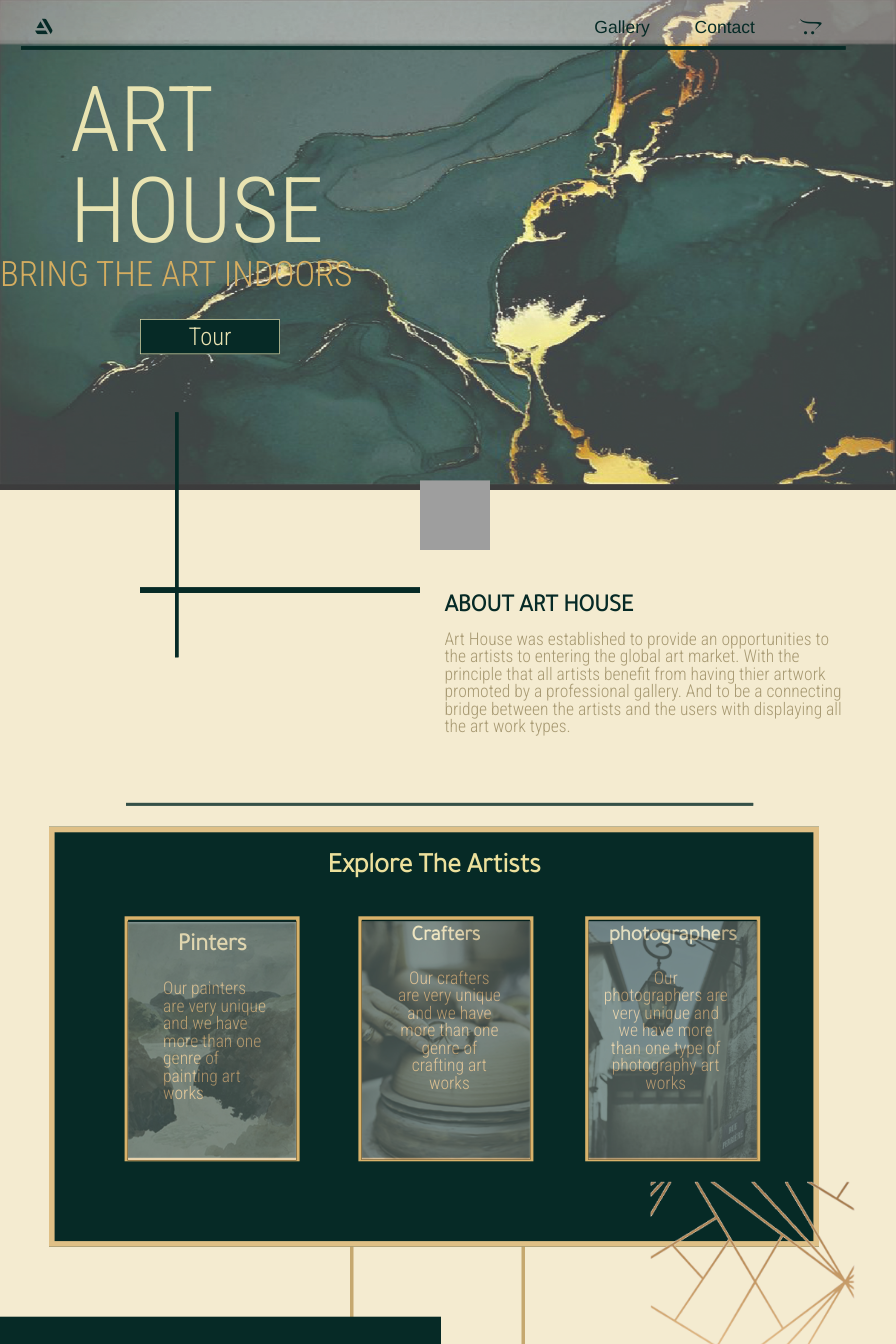
Repository: merge-confilicts/art-house
Page: index.html
An editor plug-in stored every save of this project. The page is shown before and after the next save, followed by the edit.
The browser window is 1280 px wide. The pictures show the part of the page from y = 0 to 1920 px (the page is 3424 px tall), at 70% of full size.
Pictures or frames that could not be fetched are drawn as grey boxes.

Above is the page before, as saved 2021-05-25 22:46:41.

### index.html
<!DOCTYPE html>
<html lang="en">

<head>
    <meta charset="UTF-8">
    <meta http-equiv="X-UA-Compatible" content="IE=edge">
    <meta name="viewport" content="width=device-width, initial-scale=1.0">
    <title>Art house</title>
    <l<link rel="preconnect" href="https://fonts.gstatic.com">
        <link
            href="https://fonts.googleapis.com/css2?family=Noto+Sans+JP:wght@300&family=Roboto+Condensed:wght@300&family=Tajawal:wght@300&display=swap"
            rel="stylesheet">
        <link rel="stylesheet" href="css/reset.css">
        <link rel="stylesheet" href="css/style.css">
        <link rel="stylesheet" href="https://use.fontawesome.com/releases/v5.15.3/css/all.css"
            integrity="sha384-SZXxX4whJ79/gErwcOYf+zWLeJdY/qpuqC4cAa9rOGUstPomtqpuNWT9wdPEn2fk" crossorigin="anonymous">

</head>

<body>
    <div id="tour">
        <h4>Art iteams</h4>
        <div class="mySlide">
            <span class="slideCounter">1 / 3</span>
            <img src="https://shremal.com/wp-content/uploads/2017/03/placeholder-light-1.gif" alt="tour"
                class="SlideImages" />
            <p class="SlideImagetitle">Description for the images in the tour </p>
        </div>
        <div class="mySlide">
            <span class="slideCounter">2 / 3</span>
            <img src="https://shremal.com/wp-content/uploads/2017/03/placeholder-light-1.gif" alt="tour"
                class="SlideImages" />
            <p class="SlideImagetitle">Description for the images in the tour </p>
        </div>
        <div class="mySlide">
            <span class="slideCounter">3 / 3</span>
            <img src="https://shremal.com/wp-content/uploads/2017/03/placeholder-light-1.gif" alt="tour"
                class="SlideImages" />
            <p class="SlideImagetitle">Description for the images in the tour </p>
        </div>
        <a class="prev" onclick="plusSlides(-1)">&#10094;</a>
        <a class="next" onclick="plusSlides(1)">&#10095;</a>
        <button type="button" id="xButton">X</button>
    </div>
    <header>
        <nav>
            <ul>
                <li><a href="index.html"><i class="fab fa-artstation"></i></a></li>
                <li><a href="html/gallery.html">Gallery</a></li>
                <li><a href="html/contact-us.html">Contact</a></li>
                <li><a href="html/shopping-page.html"><i class="fab fa-opencart"></i></a></li>
            </ul>
        </nav>
        <span></span>
        <h1>ART <br /> HOUSE</h1>
        <p>BRING THE ART INDOORS </p>
        <button type="button" id="button">Tour</button>
        <img src="Images/mainPage/main.jpg" alt="mainPage">
    </header>
    <main>
        <section>
            <img src="https://static.thenounproject.com/png/486805-200.png" alt="scroll">
            <span></span>
            <span></span>
            <h3>ABOUT ART HOUSE</h3>
            <p>Art House was established to provide an opportunities to the artists to entering the global art market.
                With the principle that all artists benefit from having thier artwork promoted by a professional
                gallery.
                And to be a connecting bridge between the artists and the users with displaying all the art work types.
            </p>
            <span></span>
        </section>
        <section>
            <h3>Explore The Artists</h3>
            <article>
                <h5>Pinters</h5>
                <p>Our painters are very unique and we have more than one genre of painting art works</p>
                <img src="/Images/mainPage/2.jpg" alt="painters">
            </article>
            <article>
                <h5>Crafters</h5>
                <p>Our crafters are very unique and we have more than one genre of crafting art works</p>
                <img src="/Images/mainPage/3.jpg" alt="crafters">
            </article>
            <article>
                <h5>photographers</h5>
                <p>Our photographers are very unique and we have more than one type of photography art works</p>
                <img src="Images/mainPage/4.jpg" alt="crafters">
            </article>
        </section>
        <section>
            <article>

                <div>

                </div>
                <p> <span id="artists">A pharagraph for the new artists</span> <br /> who are intresting in launching
                    thier
                    work in the <br /> <span id="website">website</span> </p>
                <a href="/html/contact-us.html" target="_top">Join Us</a>
            </article>
            <article>
                <!-- <img src="https://shremal.com/wp-content/uploads/2017/03/placeholder-light-1.gif" alt="2nplaceholder"> -->
            </article>
        </section>
        <img src="/Images/mainPage/output-onlinepngtools (1).png" alt="rightImg" id="right">
        <img src="Images/mainPage/output-onlinepngtools (2).png" alt="lrftImg" id="left">
    </main>
    <footer>
        <p><i class="far fa-copyright"></i> Art-House 2021</p>
        <span></span>
        <a href="#"> <i class="fab fa-facebook"></i></a>
        <a href="#"> <i class="fab fa-instagram"></i></i></a>
        <a href="#"> <i class="fab fa-twitter"></i></i></a>
        <a href="#"><i class="fab fa-pinterest"></i></i></a>
    </footer>
    <script src="/js/app.js"></script>
</body>

</html>

### css/style.css

*{
    box-sizing: border-box;
}
body{
    background-color: #f4ebd0;

}


#tour{
    margin-left: 200px;
    width: 70%;
    background-color: darkgray;
    position: absolute;
    height: 550px;
    z-index: 1;
    display: none;
    transition: 1s;
}
#tour h4{
    padding-top: 20px;
    padding-left: 20px;
    padding-bottom: 20px;
    font-size: 30px;
    font-family: cursive;
}
#tour img{
    width: 700px;
    margin-left: 110px;
    padding-bottom: 20px;
}
#tour p {
    padding-bottom: 30px;
    margin-left: 110px;
    font-family: cursive;
    font-size: 20px;
}
#tour button{
    top: -25px;
    right: 60px;
    position: absolute;
    width: 30px;
    height: 30px;
    font-size: 25px;
}
.mySlide{
    display: none;
}
.slideCounter{
    left: 20px;
    position: absolute;
    font-size: 20px;
    font-family:cursive;
}
.prev{
    top: 250px;
    left: 50px;
    position: absolute;
    font-size: 30px;
}
.next{
    top: 250px;
    left: 860px;
    position: absolute;
    font-size: 30px;
}
ul li {
    display: inline-block;
    margin-left: 0px;
    padding-top: 25px;
    left: 710px;
    position: relative;
    margin-right: 60px;
}
ul li:first-child{
    margin-left: 50px;
    padding-left: 0px;
    left: 0px;
    font-size: 25px;
    position: relative;
}

nav ul li a {
    font-size: 25px;
    text-decoration: none;
    color: #062a26;
    font-family:'Franklin Gothic Medium', 'Arial Narrow', Arial, sans-serif;
}
header span{
    display: block;
    top: 15px;
    left: 30px;
    position: relative;
    background-color: #062a26;
    width: 92%;
    height: 5px;
    border: #062a26 solid 2px;
}
header img {
    top: 0px;
    left: 0px;
    position: absolute;
    z-index: -1;
    width: 100%;
    height: 700px;
}
h1{
    margin-top:50px;
    margin-left: 100px;
    font-size: 130px;
    font-family: 'Noto Sans JP', sans-serif;
    font-family: 'Roboto Condensed', sans-serif;
    color: #e8e3b1;
}
header p {
    left: 0px;
    position: relative;
    font-size: 50px;
    font-family: 'Noto Sans JP', sans-serif;
    font-family: 'Roboto Condensed', sans-serif;
    color: #d5ad60;
}
 button{
    margin-top: 40px;
    margin-left: 200px;
    width: 200px;
    height: 50px;
    font-size: 35px;
    color: white;
    background-color: #062a26;
    border: none;
    font-family: 'Noto Sans JP', sans-serif;
    font-family: 'Roboto Condensed', sans-serif;
    color: #e8e3b1;
    border: 1px solid #e8e3b1 ;



}

main section:first-child img{
    margin-top: 180px;
    margin-left: 600px;
    width: 100px;
    height: 100px;
    border: none;
}
main section:first-child span:first-of-type{
    display: block;
    top: -200px;
    left: 250px;
    position: relative;
    background-color: #062a26;
    width: 5px;
    height: 350px;
    border: #062a26 solid 2px;

}
main section:first-child :nth-child(3){
    display: block;
    top: -300px;
    left: 200px;
    position: relative;
    background-color: #062a26;
    width: 400px;
    height: 8px;
    border: #062a26 solid 2px;
}

main section:first-child h3 {
    top: 850px;
    left: 635px;
    position:absolute;
    font-size: 35px;
    font-family: 'Noto Sans JP', sans-serif;
    font-family: 'Roboto Condensed', sans-serif;
    font-family: 'Tajawal', sans-serif;
    font-weight: 700;
    color:#062a26;

}
main section:first-child p{
    top: 900px;
    left: 635px;
    position:absolute;
    font-size: 25px;
    font-family: 'Noto Sans JP', sans-serif;
    font-family: 'Roboto Condensed', sans-serif;
    width: 580px;
    color: #a89a73;
    font-weight: 500;
}
main section:first-child span:last-of-type{
    display: block;
    top: 0px;
    left: 180px;
    position: relative;
    background-color: #062a26;
    width: 70%;
    height: 2px;
    border: #062a26 solid 2px;
    opacity: .8;
}
main section:nth-child(2){
    display: block;
    background-color: #062a26;
    width: 1100px;
    height: 600px;
    margin-left: 70px;
    margin-top: 30px;
    border: 8px solid #dfc086;

}
main section:nth-child(2) h3 {
    text-align: center;
    padding-top: 30px;
    font-size: 40px;
    font-family: 'Noto Sans JP', sans-serif;
    font-family: 'Roboto Condensed', sans-serif;
    font-family: 'Tajawal', sans-serif;
    font-weight: 700;
    color: #ece09c;

}
main section:nth-child(2) article {
    margin-top: 50px;
    margin-left: 100px;
    display: inline-block;
    border: 5px solid #d8b26a;
}
main section:nth-child(2) article:first-of-type {
    width: 250px;
    height: 350px;

}
main section:nth-child(2) article:first-of-type h5 {
   font-size: 35px;
   text-align: center;
   padding-top: 20px;
   padding-bottom: 30px;
   font-family: 'Noto Sans JP', sans-serif;
   font-family: 'Roboto Condensed', sans-serif;
   font-family: 'Tajawal', sans-serif;
   font-weight: 700;
   color: #ece09c;
   opacity: 1;
}
main section:nth-child(2) article:first-of-type p {
    font-size: 25px;
    font-family: 'Noto Sans JP', sans-serif;
    font-family: 'Roboto Condensed', sans-serif;
    color:#d5ad60 ;
    padding-left:50px ;
    width: 200px;
    opacity: 1;
 }
 main section:nth-child(2) article:first-of-type img{
     width: 242px;
     height: 342px;
     top: -458px;
     right: 1px;
     position: relative;
     opacity: .5;
 }
main section:nth-child(2) article:nth-child(3) {
    width: 250px;
    height: 350px;
    top: -15px;
    right:20px;
    position: relative;
}
main section:nth-child(2) article:nth-child(3) h5 {
    font-size: 30px;
    text-align: center;
    padding-top: 10px;
    padding-bottom: 30px;
    font-family: 'Noto Sans JP', sans-serif;
    font-family: 'Roboto Condensed', sans-serif;
    font-family: 'Tajawal', sans-serif;
    font-weight: 700;
    color: #ece09c;
    opacity: 1;
 }
 main section:nth-child(2) article:nth-child(3) p {
     font-size: 25px;
     text-align: center;
     font-family: 'Noto Sans JP', sans-serif;
     font-family: 'Roboto Condensed', sans-serif;
     color:#d5ad60 ;
     padding-left:50px ;
     width: 200px;
     opacity: 1;

  }
  main section:nth-child(2) article:nth-child(3) img{
    width: 242px;
    height: 342px;
    top: -444px;
    right: 1px;
    position: relative;
    opacity: .5;
  }
main section:nth-child(2) article:last-of-type {
    width: 250px;
    height: 350px;
    top: -15px;
    right:50px;
    position: relative;
}
main section:nth-child(2) article:last-of-type h5 {
    font-size: 30px;
    text-align: center;
    padding-top: 10px;
    padding-bottom: 30px;
    font-family: 'Noto Sans JP', sans-serif;
    font-family: 'Roboto Condensed', sans-serif;
    font-family: 'Tajawal', sans-serif;
    font-weight: 700;
    color: #ece09c;

}
main section:nth-child(2) article:last-of-type p {
    font-size: 25px;
    text-align: center;
    font-family: 'Noto Sans JP', sans-serif;
    font-family: 'Roboto Condensed', sans-serif;
    color:#d5ad60 ;
    padding-left:20px ;
    width: 200px;


 }
 main section:nth-child(2) article:last-of-type img{
    width: 242px;
    height: 342px;
    top: -444px;
    right: 1px;
    position: relative;
    opacity: .5;
 }
main section:last-of-type article:first-of-type {
     display: block;
     background-color: #062a26;
     width: 630px;
     height: 300px;
     margin-top: 100px;

}
main section:last-of-type article:first-of-type div {
    display: block;
    border: solid 5px #c5a86f;
    width: 250px;
    height: 600px;
    top: -140px;
    left:500px;
    position: relative;
    z-index: -1;
    /* opacity: .8; */
}
main section:last-of-type article:first-of-type #artists{
    font-size: 40px;
    font-family: 'Noto Sans JP', sans-serif;
    font-family: 'Roboto Condensed', sans-serif;
    color: #d5ad60;
    top: -50px;
    left: -50px;
    position: relative;
    font-style: italic;
}
main section:last-of-type article:first-of-type p{
    color: honeydew;
    left: 165px;
    top: -500px;
    font-size: 25px;
    position: relative;
    font-family: 'Noto Sans JP', sans-serif;
    font-family: 'Roboto Condensed', sans-serif;

}
main section:last-of-type article:first-of-type #website{
    font-size: 30px;
    color: black;
    top: -27px;
    left: 470px;
    position: relative;
    font-family: 'Noto Sans JP', sans-serif;
    font-family: 'Roboto Condensed', sans-serif;
    color: #d5ad60;
}

main section:last-of-type article:first-of-type a{
    position: relative;
    top: -500px;
    left: 450px;
    border: 3px solid #d5ad60 ;
    border-radius: 0px;
    color: #d5ad60;
    display: inline-block;
    /* text-align: center; */
    padding: 15px 40px 15px 40px;
    text-decoration: none;
    font-size: 20px;
    font-family: 'Noto Sans JP', sans-serif;
    font-family: 'Roboto Condensed', sans-serif;
    font-weight: bold;

}

main section:last-of-type article:last-of-type img{
    width: 400px;
    height: 500px;
    float: right;
    margin-top: -200px;
    border: 1px solid black;
}

main img {
    width: 200px;
    height: 200px;
    margin-top: 200px;
    border: 1px solid black;
}

footer {
    text-align: center;


}
footer p{
    margin-right: 200px;
    color: #062a26;
    font-family: 'Roboto Condensed', sans-serif;
    font-size: 20px;
    top: -780px;
    position: relative;
}
#right{
    border: none;
    width: 400px;
    height: 580px;
    right: 100px;
    top: -730px;
    position: relative;


}
#left{
    border: none;
    width: 300px;
    height: 1000px;
    left: 520px;
    top: -700px;
    position: relative;
}
footer .fa-copyright{
    color: #062a26;
    font-size: 20px;

}
footer span{

    background-color: #062a26;
    border: 2px solid #062a26;
    left: 80px;
    top:-400px;
    position: relative;
}
footer .fa-facebook{
    margin-left: 200px;
    top: -800px;
    position: relative;
    color: #062a26;
    font-size: 20px;
}
footer .fa-instagram{
    top: -800px;
    position: relative;
    color: #062a26;
    font-size: 20px;
}
footer .fa-twitter{
    top: -800px;
    position: relative;
    color: #062a26;
    font-size: 20px;
}
footer .fa-pinterest{
    top: -800px;
    position: relative;
    color: #062a26;
    font-size: 20px;
}

### js/app.js

'use strict';

//................Tour button code.....................
let btn = document.getElementById('button');
let xBtn = document.getElementById('xButton');
btn.addEventListener('click', tourShow);
xBtn.addEventListener('click', tourShow);
function tourShow(event) {
    let slideShow = document.getElementById('tour');
    let displaySetting = slideShow.style.display;
    if (displaySetting == 'block') {
        slideShow.style.display = 'none';
        btn.innerHTML = 'TOUR';
    } else if (xBtn.addEventListener) {
        slideShow.style.display = 'block';
    }
}

//................Slide show code.....................

let index = 1;
showSlide(index);
function plusSlides(action) {
    showSlide(index += action);
}
function showSlide(n) {
    let slides = document.getElementsByClassName('mySlide');
    console.log(slides);
    if (n > slides.length) { index = 1 }
    if (n < 1) { index = slides.length }
    for (let i = 0; i < slides.length; i++) {
        slides[i].style.display = "none";
    }

    slides[index - 1].style.display = "block";
}

Loaded but not shown: css/reset.css (common file)

After the next save:
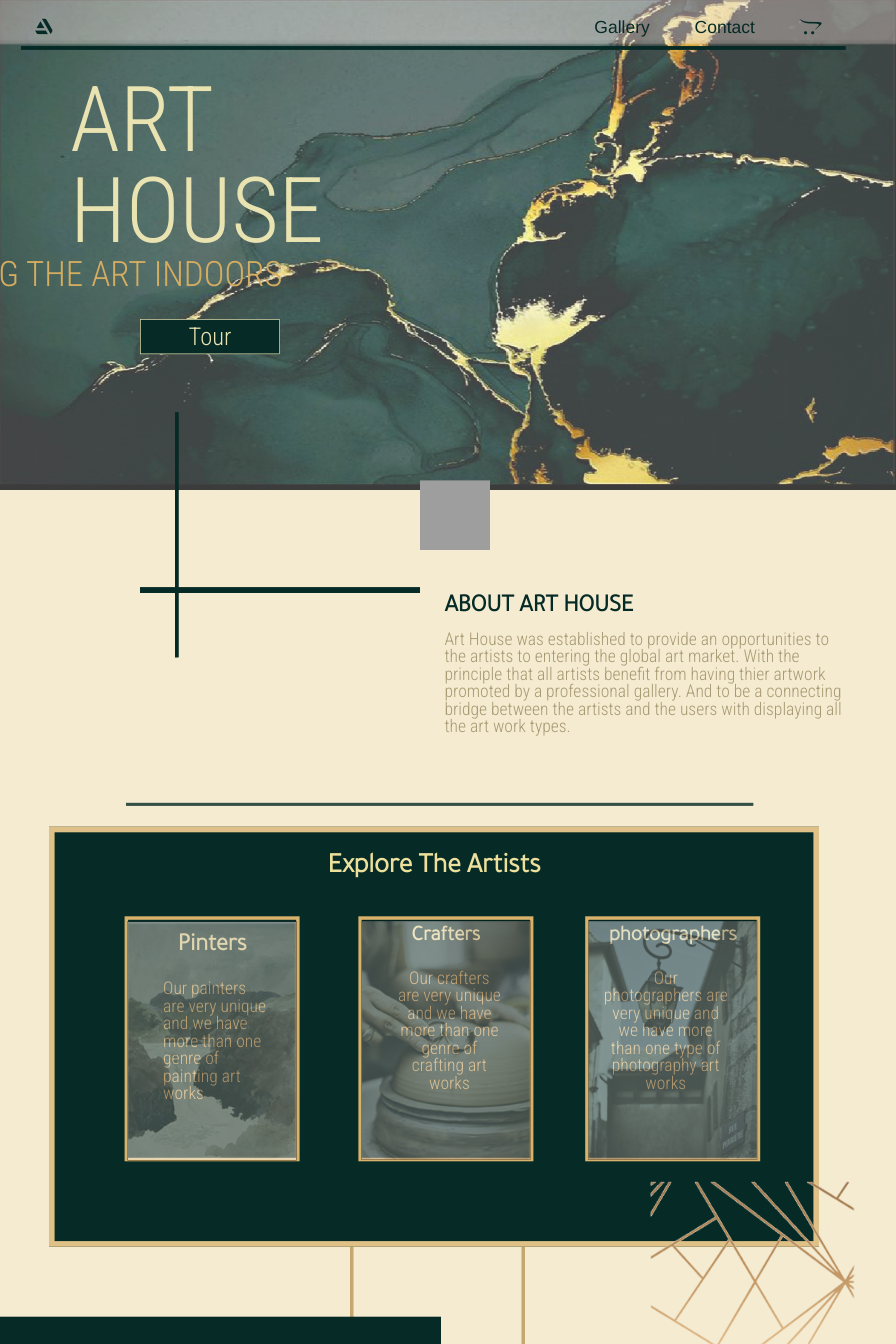
Saved 6 s later.
--- a/css/style.css
+++ b/css/style.css
@@ -114,7 +114,7 @@ h1{
     color: #e8e3b1;
 }
 header p {
-    left: 0px;
+    left: -100px;
     position: relative;
     font-size: 50px;
     font-family: 'Noto Sans JP', sans-serif;
